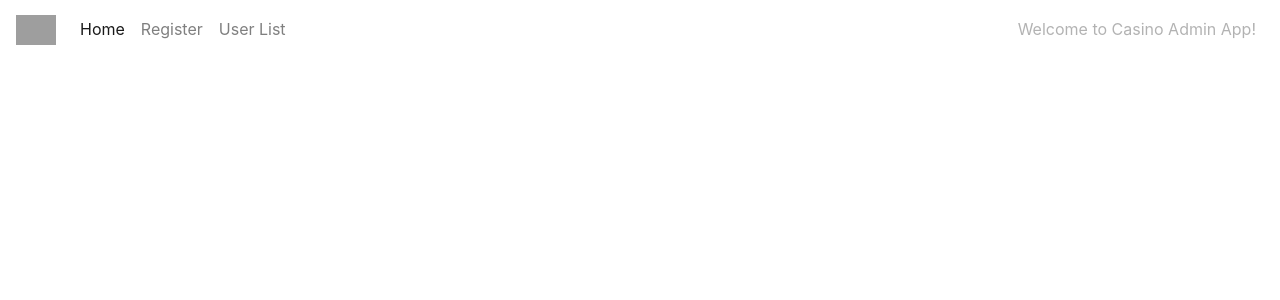
Repository: piyushrulesyou/CasinoGameApplication
Page: http://localhost/adminPanel/
An editor plug-in stored every save of this project. The page is shown before and after a run of saves, followed by the edit.
The browser window is 1280 px wide. The pictures show the whole page.
Pictures or frames that could not be fetched are drawn as grey boxes. The page is served by Tomcat 9. Nobody is signed in. The application's start-up code is not run.

Above is the page before, as saved 2019-10-31 12:49:00.

After the next 2 saves:
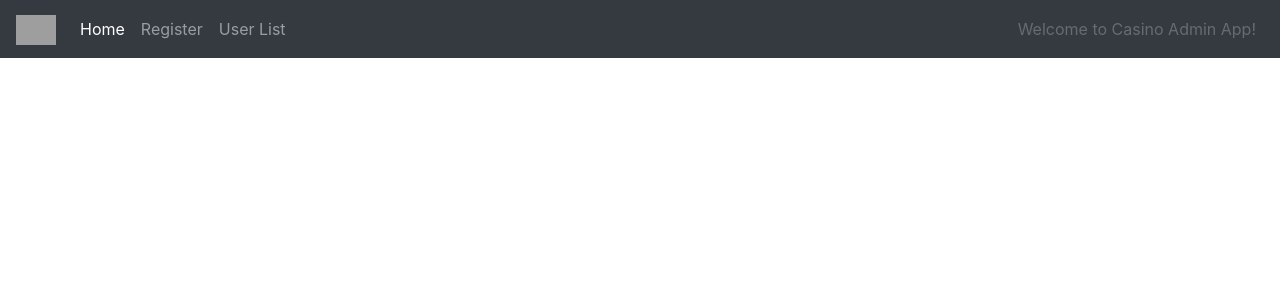
The 2 saves are shown as one change because they came seconds apart.
The last was saved 7 s later.
--- a/AdminPanel/adminPanel/src/main/webapp/index.jsp
+++ b/AdminPanel/adminPanel/src/main/webapp/index.jsp
@@ -27,15 +27,15 @@
 
 	<c:if test="${successMessage != null}">
 		<div class="alert alert-success">
-			<strong>Success!</strong> Customer with ID
-			${successMessage} Registered Successfully!!
+			<strong>Success!</strong> Customer with ID ${successMessage}
+			Registered Successfully!!
 		</div>
 	</c:if>
 
 
 
-	<!-- 	<nav class="navbar navbar-expand-sm bg-dark navbar-dark"> -->
-	<nav class="navbar navbar-expand-sm navbar-light bg-faded">
+	<nav class="navbar navbar-expand-sm bg-dark navbar-dark">
+		<!-- 	<nav class="navbar navbar-expand-sm navbar-light bg-faded"> -->
 		<a class="navbar-brand" href=""> <img
 			src="https://www.slotnite.com/images/sliders/livecasino/casino1.png"
 			alt="logo" style="width: 40px;">
@@ -45,7 +45,8 @@
 		<ul class="navbar-nav mr-auto">
 			<li class="nav-item"><a class="nav-link active" href="">Home</a></li>
 			<li class="nav-item"><a class="nav-link" href="RegisterUser.jsp">Register</a></li>
-			<li class="nav-item"><a class="nav-link" href="CustomerList.jsp">User List</a></li>
+			<li class="nav-item"><a class="nav-link" href="CustomerList.jsp">User
+					List</a></li>
 		</ul>
 		<ul class="navbar-nav">
 			<li class="nav-item"><span class="nav-link disabled">Welcome
